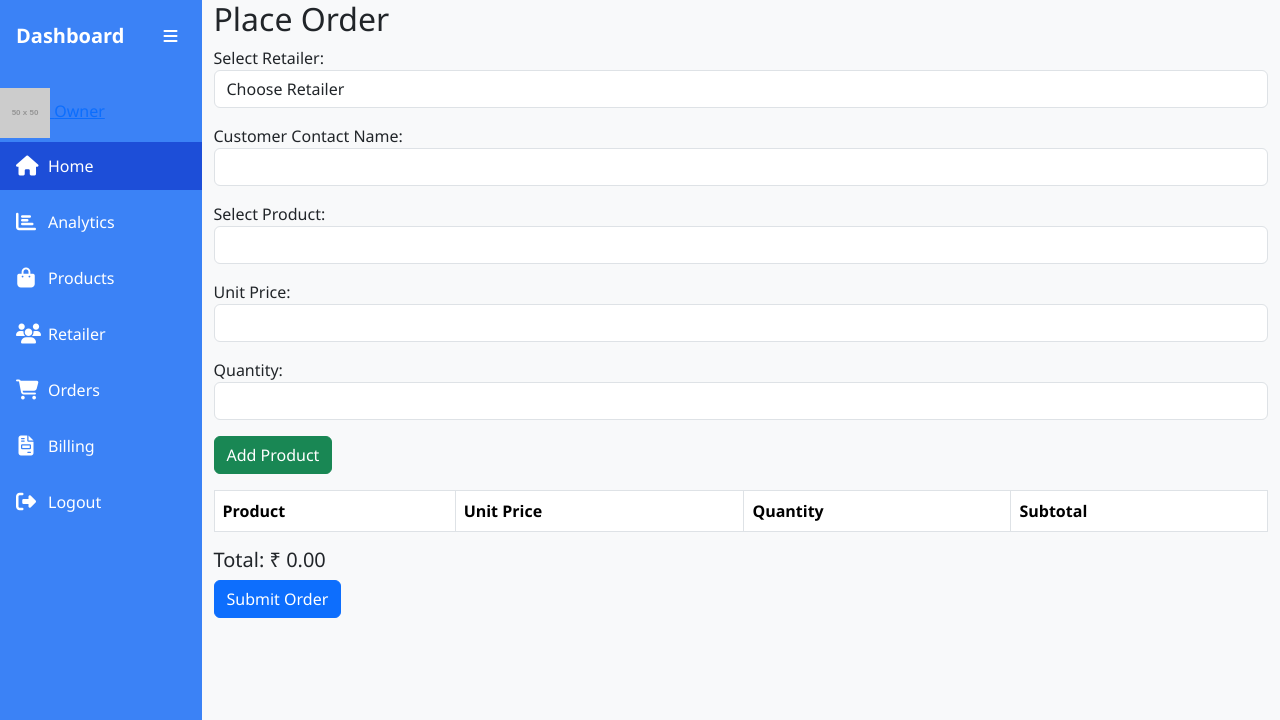
Repository: AditiAjitSalvi/Inventory_Managment
Page: http://localhost/Paper_inventory/Order.jsp
An editor plug-in stored every save of this project. The page is shown before and after the next save, followed by the edit.
The browser window is 1280 px wide. The pictures show the whole page.
The page is served by Tomcat 9. Queries for data that is not in the repository find no rows.

Above is the page before, as saved 2025-06-02 13:22:13.
Console error: TypeError: Cannot read properties of null (reading 'getContext')

### Paper_inventory/Paper_inventory/src/main/webapp/Order.jsp
<%@ page language="java" contentType="text/html; charset=UTF-8"
	pageEncoding="UTF-8"%>
<%@page import="java.sql.PreparedStatement"%>
<%@page import="java.sql.DriverManager"%>
<%@page import="com.mysql.cj.jdbc.Driver"%>
<%@page import="java.sql.ResultSet"%>
<%@page import="java.sql.Statement"%>
<%@page import="java.sql.Connection"%>
<!DOCTYPE html>
<html lang="en">
<head>
<meta charset="UTF-8">
<meta name="viewport" content="width=device-width, initial-scale=1.0">
<title>Orders</title>
<!-- Bootstrap CSS -->
<link
	href="https://cdn.jsdelivr.net/npm/bootstrap@5.3.2/dist/css/bootstrap.min.css"
	rel="stylesheet">
<!-- Font Awesome for icons -->
<link rel="stylesheet"
	href="https://cdnjs.cloudflare.com/ajax/libs/font-awesome/6.4.2/css/all.min.css">
<!-- Custom CSS -->
<style>
/* Main Layout */
body {
	margin: 0;
	padding: 0;
	background-color: #f8f9fa;
	font-family: 'Segoe UI', Tahoma, Geneva, Verdana, sans-serif;
}

.dashboard-container {
	display: flex;
	min-height: 100vh;
}

/* Sidebar Styles */
.sidebar {
	width: 240px;
	background-color: #3b82f6; /* Blue 600 equivalent */
	color: white;
	transition: all 0.3s ease-in-out;
	display: flex;
	flex-direction: column;
}

.sidebar.collapsed {
	width: 64px;
}

.sidebar-header {
	display: flex;
	justify-content: space-between;
	align-items: center;
	padding: 16px;
}

.sidebar-title {
	font-size: 1.25rem;
	font-weight: bold;
	margin: 0;
}

.sidebar-toggle {
	background: transparent;
	border: none;
	color: white;
	cursor: pointer;
	padding: 8px;
}

.sidebar-toggle:hover {
	background-color: rgba(255, 255, 255, 0.1);
	border-radius: 4px;
}

.sidebar-menu {
	display: flex;
	flex-direction: column;
	padding-top: 16px;
}

.sidebar-link {
	display: flex;
	align-items: center;
	padding: 12px 16px;
	text-decoration: none;
	color: white;
	margin: 4px 0;
	transition: background-color 0.2s;
}

.sidebar-link:hover {
	background-color: #2563eb; /* Blue 700 equivalent */
	color: white;
}

.sidebar-link.active {
	background-color: #1d4ed8; /* Blue 800 equivalent */
	color: white;
}

.sidebar-link i {
	font-size: 1.25rem;
	width: 20px;
	text-align: center;
}

.sidebar-link .link-text {
	margin-left: 12px;
	white-space: nowrap;
}

.sidebar.collapsed .sidebar-title, .sidebar.collapsed .link-text {
	display: none;
}

/* Main Content */
.main-content {
	flex: 1;
	padding: 24px;
	overflow-y: auto;
}

/* Stat Cards */
.stat-card {
	border-radius: 8px;
	border: 1px solid rgba(0, 0, 0, 0.125);
	box-shadow: 0 1px 3px rgba(0, 0, 0, 0.1);
}

.stat-icon {
	font-size: 1.25rem;
	color: #6b7280; /* Text muted equivalent */
}

.stat-title {
	font-size: 0.875rem;
	color: #6b7280; /* Text muted equivalent */
	margin-bottom: 4px;
}

.stat-value {
	font-size: 1.5rem;
	font-weight: bold;
	margin: 0;
}

/* Chart Container */
.chart-container {
	height: 320px;
	width: 100%;
}

/* Product Visualization */
.product-visualization {
	height: 256px;
	background-color: #312e81; /* Indigo 950 equivalent */
	border-radius: 50%;
}

/* Status Badges */
.status {
	padding: 4px 8px;
	border-radius: 4px;
	font-size: 0.75rem;
	font-weight: 500;
	display: inline-block;
	text-align: center;
}

.status.pending {
	background-color: #fff8e6;
	color: #d97706; /* Amber 500 equivalent */
}

.status.urgent {
	background-color: #fef2f2;
	color: #ef4444; /* Red 500 equivalent */
}

.status.completed {
	background-color: #ecfdf5;
	color: #10b981; /* Green 500 equivalent */
}

/* Orders Page Styles */
.orders-container {
	max-width: 100%;
	margin: 0 auto;
}

.search-wrapper {
	width: 300px;
}

.order-table {
	font-size: 0.9rem;
}

.order-table th {
	font-weight: 600;
	color: #4b5563;
	border-bottom-width: 1px;
}

.order-table td {
	vertical-align: middle;
}

.order-table .form-check {
	margin: 2;
}

/* Responsive Adjustments */
@media ( max-width : 768px) {
	.sidebar {
		width: 64px;
	}
	.sidebar .sidebar-title, .sidebar .link-text {
		display: none;
	}
	.main-content {
		padding: 16px;
	}
	.orders-container .btn-group {
		display: flex;
		flex-direction: column;
	}
	.orders-container .btn-group .btn {
		margin-bottom: 8px;
		margin-right: 0 !important;
	}
	.search-wrapper {
		width: 100%;
		margin-bottom: 16px;
	}
}

.action-buttons {
	position: absolute;
	right: 20px;
	top: 150px;
	display: flex;
	gap: 10px;
}

@media ( max-width : 992px) {
	.orders-container .d-flex {
		flex-direction: column;
	}
	.orders-container .d-flex .btn {
		margin-bottom: 8px;
	}
}

.card:hover {
	transform: translateY(-5px);
	box-shadow: 0 10px 20px rgba(0, 0, 0, 0.1);
	transition: 0.3s ease;
}
</style>
</head>
<body>
	<div class="dashboard-container">
		<!-- Sidebar -->
		<div class="sidebar" id="sidebar">
			<div class="sidebar-header">
				<h2 class="sidebar-title">Dashboard</h2>
				<button class="btn sidebar-toggle" id="sidebarToggle">
					<i class="fa fa-bars"></i>
				</button>
			</div>
			<div class="sidebar-menu">
				<div class="profile">
					<a href="#" class="profile-link"> <img
						src="https://via.placeholder.com/50" alt="Owner"
						class="profile-image"> <span class="owner-name">Owner</span>
					</a>
				</div>
				<a href="Home.html" class="sidebar-link active"> <i
					class="fa fa-home"></i> <span class="link-text">Home</span>
				</a> <a href="#" class="sidebar-link"> <i class="fa fa-chart-bar"></i>
					<span class="link-text">Analytics</span>
				</a> <a href="Product.jsp" class="sidebar-link"> <i
					class="fa fa-shopping-bag"></i> <span class="link-text">Products</span>
				</a> <a href="Retailer.jsp" class="sidebar-link"> <i
					class="fa fa-users"></i> <span class="link-text">Retailer</span> <a
					href="Order.jsp" class="sidebar-link"> <i
						class="fa fa-shopping-cart"></i> <span class="link-text">Orders</span>
				</a>

				</a> <a href="#" class="sidebar-link"> <i class="fa fa-file-invoice"></i>
					<span class="link-text">Billing</span>
				</a> <a href="logout.jsp" class="sidebar-link"> <i
					class="fa fa-sign-out-alt"></i> <span class="link-text">Logout</span>
				</a>

			</div>
		</div>


		<div class="container">
			<h2>Place Order</h2>
			<form action="SaveOrderServlet" method="post">

				<!-- Retailer Dropdown -->
				<div class="form-group mb-3">
					<label for="retailer">Select Retailer:</label> <select
						class="form-control" id="retailer" name="retailerId" required
						onchange="setCustomerFromRetailer()">
						<option value="" disabled selected>Choose Retailer</option>
						<%
                    try {
                        Class.forName("com.mysql.jdbc.Driver");
                        Connection con = DriverManager.getConnection("jdbc:mysql://localhost:3307/inventory", "root", "");
                        Statement stmt = con.createStatement();
                        ResultSet rs = stmt.executeQuery("SELECT id, name, contact_name FROM retailers");
                        while (rs.next()) {
                %>
						<option value="<%=rs.getInt("id")%>"
							data-contact="<%=rs.getString("contact_name")%>">
							<%=rs.getString("name")%>
						</option>
						<%
                        }
                        con.close();
                    } catch (Exception e) {
                        out.println("Error loading retailers.");
                    }
                %>
					</select>
				</div>

				<!-- Auto-filled Customer Contact Name -->
				<div class="form-group mb-3">
					<label for="customer">Customer Contact Name:</label> <input
						type="text" class="form-control" id="customer" name="customerName"
						readonly />
				</div>

				<!-- Product Dropdown -->
				<div class="form-group mb-3">
					<label for="product">Select Product:</label> <select
						class="form-control" id="product">
						<%
                    try {
                        Class.forName("com.mysql.jdbc.Driver");
                        Connection con = DriverManager.getConnection("jdbc:mysql://localhost:3307/inventory", "root", "");
                        Statement stmt = con.createStatement();
                        ResultSet rs = stmt.executeQuery("SELECT product_id, product_name FROM products");
                        while (rs.next()) {
                %>
						<option value="<%=rs.getInt("product_id")%>"><%=rs.getString("product_name")%></option>
						<%
                        }
                        con.close();
                    } catch (Exception e) {
                        out.println("Error loading products.");
                    }
                %>
					</select>
				</div>

				<!-- Price and Quantity Inputs -->
				<div class="form-group mb-3">
					<label for="price">Unit Price:</label> <input type="number"
						class="form-control" id="price" step="0.01">
				</div>

				<div class="form-group mb-3">
					<label for="quantity">Quantity:</label> <input type="number"
						class="form-control" id="quantity">
				</div>

				<button type="button" class="btn btn-success mb-3"
					onclick="addProduct()">Add Product</button>

				<!-- Product Table -->
				<table class="table table-bordered" id="productTable">
					<thead>
						<tr>
							<th>Product</th>
							<th>Unit Price</th>
							<th>Quantity</th>
							<th>Subtotal</th>
						</tr>
					</thead>
					<tbody>
						<!-- JS will populate rows -->
					</tbody>
				</table>

				<!-- Total -->
				<div class="form-group">
					<h5>
						Total: ₹ <span id="total">0.00</span>
					</h5>
				</div>

				<!-- Submit -->
				<button type="submit" class="btn btn-primary">Submit Order</button>
			</form>
		</div>

		<!-- Bootstrap JS -->
		<script
			src="https://cdn.jsdelivr.net/npm/bootstrap@5.3.2/dist/js/bootstrap.bundle.min.js"></script>

		<script>
//Wait for the DOM to be fully loaded
document.addEventListener('DOMContentLoaded', function() {
    // Sidebar toggle functionality
    const sidebarToggle = document.getElementById('sidebarToggle');
    const sidebar = document.getElementById('sidebar');

    sidebarToggle.addEventListener('click', function() {
        sidebar.classList.toggle('collapsed');
    });

    // Check if we're on mobile
    function checkMobile() {
        if (window.innerWidth < 768) {
            sidebar.classList.add('collapsed');
        } else {
            sidebar.classList.remove('collapsed');
        }
    }

    // Initial check
    checkMobile();

    // Listen for window resize
    window.addEventListener('resize', checkMobile);

    // Initialize Sales Chart
    const salesChartCtx = document.getElementById('salesChart').getContext('2d');
    const salesChart = new Chart(salesChartCtx, {
        type: 'bar',
        data: {
            labels: ['Jan', 'Feb', 'Mar', 'Apr'],
            datasets: [
                {
                    label: 'Previous',
                    data: [65, 75, 85, 90],
                    backgroundColor: '#FFD700', // Gold color
                },
                {
                    label: 'Current',
                    data: [80, 65, 70, 75],
                    backgroundColor: '#6366F1', // Indigo color
                }
            ]
        },
        options: {
            responsive: true,
            maintainAspectRatio: false,
            scales: {
                y: {
                    beginAtZero: true,
                    grid: {
                        drawBorder: false,
                        color: 'rgba(200, 200, 200, 0.2)',
                    }
                },
                x: {
                    grid: {
                        display: false
                    }
                }
            },
            plugins: {
                legend: {
                    position: 'top',
                }
            }
        }
    });
});
    function setCustomerFromRetailer() {
        var retailerSelect = document.getElementById("retailer");
        var selectedOption = retailerSelect.options[retailerSelect.selectedIndex];
        var contactName = selectedOption.getAttribute("data-contact");
        document.getElementById("customer").value = contactName;
    }
 // Hidden inputs for backend processing
    const form = document.querySelector("form");

    form.insertAdjacentHTML('beforeend', `
      <input type="hidden" name="productId[]" value="${productId}" />
      <input type="hidden" name="unitPrice[]" value="${price.toFixed(2)}" />
      <input type="hidden" name="quantity[]" value="${quantity}" />
      <input type="hidden" name="subtotal[]" value="${subtotal.toFixed(2)}" />
    `);


	let totalAmount = 0;

	function addProduct() {
		const productDropdown = document.getElementById("product");
		const selectedOption = productDropdown.options[productDropdown.selectedIndex];
		const productName = selectedOption.text;
		const productId = selectedOption.value;

		const priceInput = document.getElementById("price");
		const quantityInput = document.getElementById("quantity");

		const price = parseFloat(priceInput.value);
		const quantity = parseInt(quantityInput.value);

		if (!price || !quantity || price <= 0 || quantity <= 0) {
			alert("Please enter valid price and quantity");
			return;
		}

		const subtotal = price * quantity;
		totalAmount += subtotal;

		// Add row to table
		const tableBody = document.getElementById("productTable").getElementsByTagName("tbody")[0];
		const newRow = tableBody.insertRow();

		const productCell = newRow.insertCell(0);
		const priceCell = newRow.insertCell(1);
		const quantityCell = newRow.insertCell(2);
		const subtotalCell = newRow.insertCell(3);

		productCell.innerText = productName;
		priceCell.innerText = price.toFixed(2);
		quantityCell.innerText = quantity;
		subtotalCell.innerText = subtotal.toFixed(2);

		// Update total amount
		document.getElementById("total").innerText = totalAmount.toFixed(2);

		// Optional: clear fields
		priceInput.value = "";
		quantityInput.value = "";
	}
</script>
</body>
</html>

After the next save:
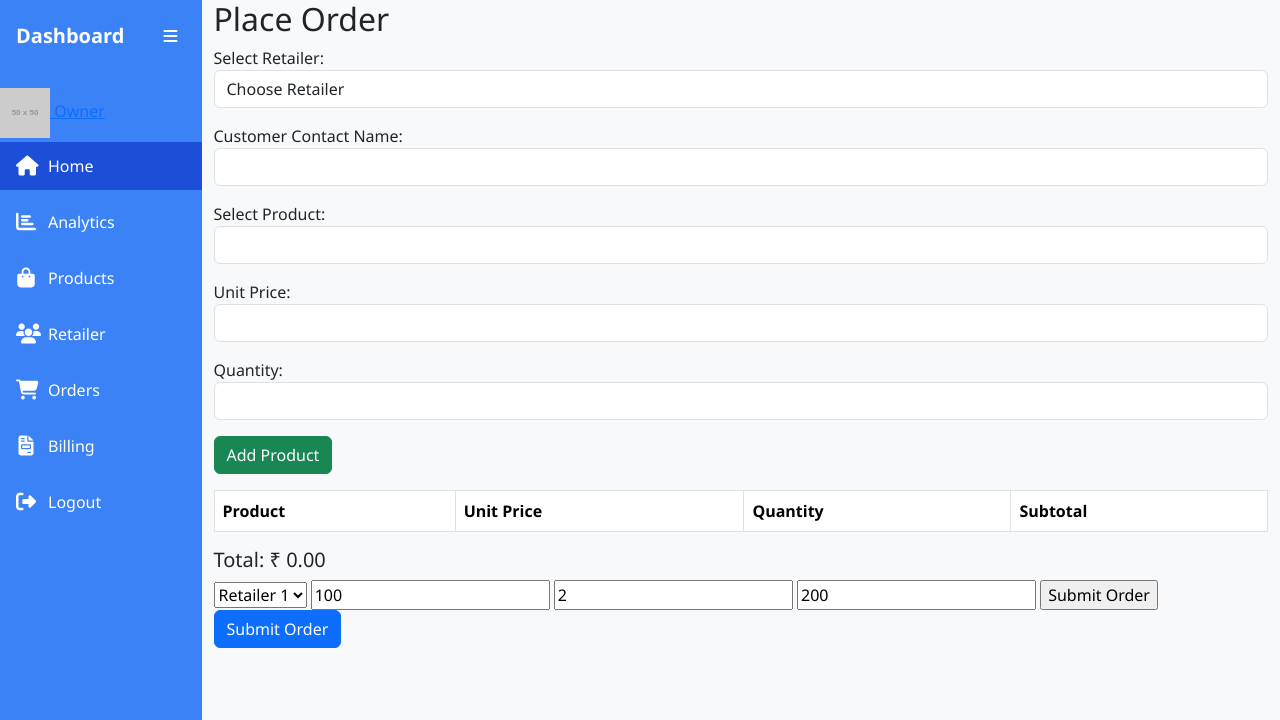
Saved 83 s later.
--- a/Paper_inventory/Paper_inventory/src/main/webapp/Order.jsp
+++ b/Paper_inventory/Paper_inventory/src/main/webapp/Order.jsp
@@ -397,7 +397,22 @@
 						Total: ₹ <span id="total">0.00</span>
 					</h5>
 				</div>
-
+<form action="processOrder.jsp" method="post">
+    <select name="retailerId">
+        <option value="1">Retailer 1</option>
+        <!-- other retailers -->
+    </select>
+
+    <!-- Repeatable product section -->
+    <input type="hidden" name="productId[]" value="101">
+    <input type="text" name="unitPrice[]" value="100">
+    <input type="text" name="quantity[]" value="2">
+    <input type="text" name="subtotal[]" value="200">
+
+    <!-- Add JS to dynamically add more products -->
+
+    <input type="submit" value="Submit Order">
+</form>
 				<!-- Submit -->
 				<button type="submit" class="btn btn-primary">Submit Order</button>
 			</form>

After the save that followed:
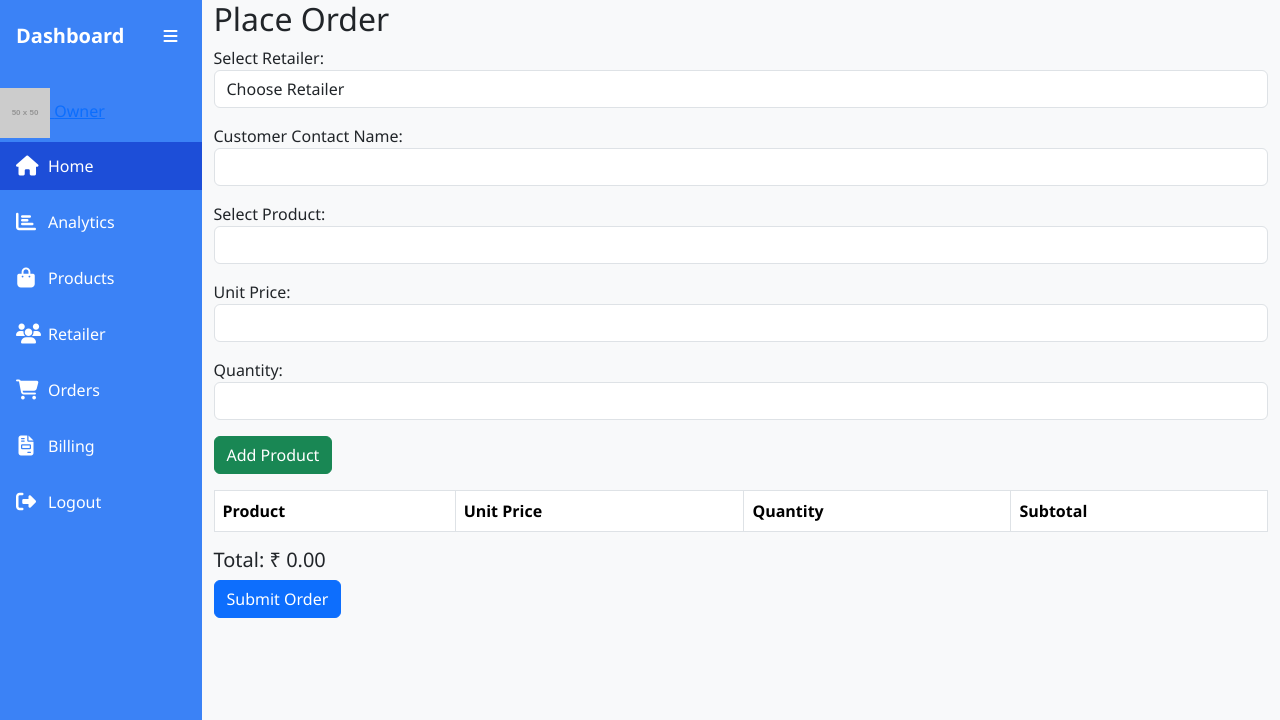
Saved 4 min 38 s later.
--- a/Paper_inventory/Paper_inventory/src/main/webapp/Order.jsp
+++ b/Paper_inventory/Paper_inventory/src/main/webapp/Order.jsp
@@ -311,24 +311,24 @@
 						onchange="setCustomerFromRetailer()">
 						<option value="" disabled selected>Choose Retailer</option>
 						<%
-                    try {
-                        Class.forName("com.mysql.jdbc.Driver");
-                        Connection con = DriverManager.getConnection("jdbc:mysql://localhost:3307/inventory", "root", "");
-                        Statement stmt = con.createStatement();
-                        ResultSet rs = stmt.executeQuery("SELECT id, name, contact_name FROM retailers");
-                        while (rs.next()) {
-                %>
+						try {
+							Class.forName("com.mysql.jdbc.Driver");
+							Connection con = DriverManager.getConnection("jdbc:mysql://localhost:3307/inventory", "root", "");
+							Statement stmt = con.createStatement();
+							ResultSet rs = stmt.executeQuery("SELECT id, name, contact_name FROM retailers");
+							while (rs.next()) {
+						%>
 						<option value="<%=rs.getInt("id")%>"
 							data-contact="<%=rs.getString("contact_name")%>">
 							<%=rs.getString("name")%>
 						</option>
 						<%
-                        }
-                        con.close();
-                    } catch (Exception e) {
-                        out.println("Error loading retailers.");
-                    }
-                %>
+						}
+						con.close();
+						} catch (Exception e) {
+						out.println("Error loading retailers.");
+						}
+						%>
 					</select>
 				</div>
 
@@ -344,21 +344,21 @@
 					<label for="product">Select Product:</label> <select
 						class="form-control" id="product">
 						<%
-                    try {
-                        Class.forName("com.mysql.jdbc.Driver");
-                        Connection con = DriverManager.getConnection("jdbc:mysql://localhost:3307/inventory", "root", "");
-                        Statement stmt = con.createStatement();
-                        ResultSet rs = stmt.executeQuery("SELECT product_id, product_name FROM products");
-                        while (rs.next()) {
-                %>
+						try {
+							Class.forName("com.mysql.jdbc.Driver");
+							Connection con = DriverManager.getConnection("jdbc:mysql://localhost:3307/inventory", "root", "");
+							Statement stmt = con.createStatement();
+							ResultSet rs = stmt.executeQuery("SELECT product_id, product_name FROM products");
+							while (rs.next()) {
+						%>
 						<option value="<%=rs.getInt("product_id")%>"><%=rs.getString("product_name")%></option>
 						<%
-                        }
-                        con.close();
-                    } catch (Exception e) {
-                        out.println("Error loading products.");
-                    }
-                %>
+						}
+						con.close();
+						} catch (Exception e) {
+						out.println("Error loading products.");
+						}
+						%>
 					</select>
 				</div>
 
@@ -373,6 +373,7 @@
 						class="form-control" id="quantity">
 				</div>
 
+				<!-- Add Product -->
 				<button type="button" class="btn btn-success mb-3"
 					onclick="addProduct()">Add Product</button>
 
@@ -386,9 +387,7 @@
 							<th>Subtotal</th>
 						</tr>
 					</thead>
-					<tbody>
-						<!-- JS will populate rows -->
-					</tbody>
+					<tbody></tbody>
 				</table>
 
 				<!-- Total -->
@@ -397,25 +396,11 @@
 						Total: ₹ <span id="total">0.00</span>
 					</h5>
 				</div>
-<form action="processOrder.jsp" method="post">
-    <select name="retailerId">
-        <option value="1">Retailer 1</option>
-        <!-- other retailers -->
-    </select>
-
-    <!-- Repeatable product section -->
-    <input type="hidden" name="productId[]" value="101">
-    <input type="text" name="unitPrice[]" value="100">
-    <input type="text" name="quantity[]" value="2">
-    <input type="text" name="subtotal[]" value="200">
-
-    <!-- Add JS to dynamically add more products -->
-
-    <input type="submit" value="Submit Order">
-</form>
+
 				<!-- Submit -->
 				<button type="submit" class="btn btn-primary">Submit Order</button>
 			</form>
+
 		</div>
 
 		<!-- Bootstrap JS -->
